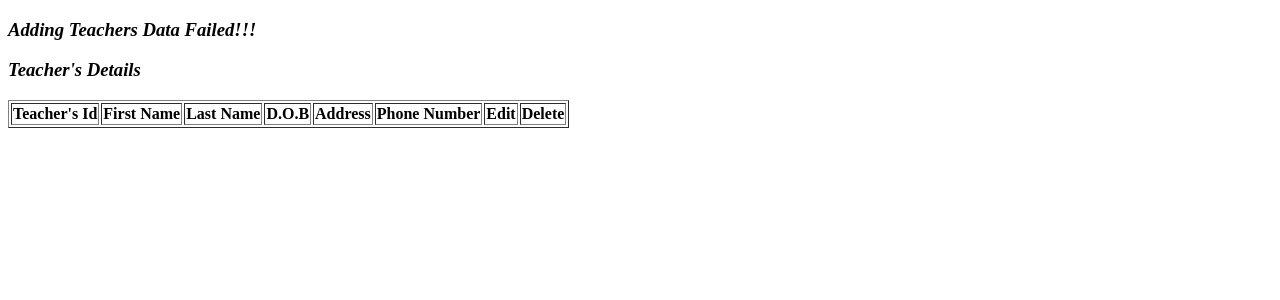
Repository: shubhamsingh331/Learners_Academy
Page: http://localhost/LearnersAcademy/Teachers/AddFailed.jsp
These files come from the project's save history. The page is drawn as it stood at one moment and after the next save; the edit follows.
The browser window is 1280 px wide. The pictures show the whole page.
The page is served by Tomcat 9. Other server files are loaded and not shown. Queries for data that is not in the repository find no rows.

Above is the page before, as saved 2023-10-09 11:26:03.

### LearnersAcademy/src/main/webapp/Teachers/AddFailed.jsp
<%@ page language="java" contentType="text/html; charset=ISO-8859-1"
    pageEncoding="ISO-8859-1"%>
<!DOCTYPE html>
<html>
<head>
<meta charset="ISO-8859-1">
<title>Insert title here</title>
</head>
<body>
<h3><i>Adding Teachers Data Failed!!!</i></h3>
<%@include file="TeacherDisplay.jsp" %>
</body>
</html>

### LearnersAcademy/src/main/webapp/Teachers/TeacherDisplay.jsp
<%@page import="teachers.TeachersDAO"%>
<%@page import="java.util.List"%>
<%@page import="teachers.TeachersPojo"%>
<%@ page language="java" contentType="text/html; charset=ISO-8859-1"
    pageEncoding="ISO-8859-1"%>
<!DOCTYPE html>
<html>
<head>
<meta charset="ISO-8859-1">
<title>Insert title here</title>
</head>
<body>
<h3><i>Teacher's Details</i></h3>
<table border="1">
<tr><th>Teacher's Id</th><th>First Name</th><th>Last Name</th><th>D.O.B</th><th>Address</th><th>Phone Number</th><th>Edit</th><th>Delete</th></tr>
<%
TeachersDAO dao = new TeachersDAO();
List<TeachersPojo> list= dao.display();

for(TeachersPojo t:list){%>
<tr><td><%=t.getId() %></td><td><%=t.getFname() %></td><td><%=t.getLname() %></td><td><%=t.getDob() %></td><td><%=t.getAddress() %></td><td><%=t.getPhono()%></td><td><a href="TeachEdit.jsp?id=<%=t.getId()%>">Edit</a></td><td><a href="TeachDelete.jsp?id=<%=t.getId()%>">Delete</a></td></tr>
<%}%>
</table>
</body>
</html>

### LearnersAcademy/src/main/java/teachers/TeachersDAO.java
package teachers;

import java.sql.Connection;
import java.sql.PreparedStatement;
import java.sql.ResultSet;
import java.sql.SQLException;
import java.util.ArrayList;
import java.util.List;

import DBUtil.DbUtil;

public class TeachersDAO {
	public int insert(TeachersPojo teachers) throws ClassNotFoundException, SQLException {
		Connection con = DbUtil.dbcon();
		String sql = "insert into teachers values(?,?,?,?,?,?)";
		PreparedStatement ps = con.prepareStatement(sql);
		ps.setInt(1, teachers.getId());
		ps.setString(2, teachers.getFname());
		ps.setString(3, teachers.getLname());
		ps.setString(4, teachers.getDob());
		ps.setString(5, teachers.getAddress());
		ps.setLong(6, teachers.getPhono());

		return ps.executeUpdate();
	}

	public int update(TeachersPojo teachers) throws ClassNotFoundException, SQLException {
		Connection con = DbUtil.dbcon();
		String sql = "update teachers set fname=?, lname=?, dob=?, address=?, phono=? where id =?";
		PreparedStatement ps = con.prepareStatement(sql);
		ps.setInt(6, teachers.getId());
		ps.setString(1, teachers.getFname());
		ps.setString(2, teachers.getLname());
		ps.setString(3, teachers.getDob());
		ps.setString(4, teachers.getAddress());
		ps.setLong(5, teachers.getPhono());

		return ps.executeUpdate();
	}

	public int delete(TeachersPojo teachers) throws ClassNotFoundException, SQLException {
		Connection con = DbUtil.dbcon();
		String sql = "delete from teachers where id =?";
		PreparedStatement ps = con.prepareStatement(sql);
		ps.setInt(1, teachers.getId());


		return ps.executeUpdate();
	}

	public List<TeachersPojo> display() throws ClassNotFoundException, SQLException{
		Connection con = DbUtil.dbcon();

		List<TeachersPojo> list = new ArrayList<TeachersPojo>();
		String sql = "select * from teachers";
		PreparedStatement ps = con.prepareStatement(sql);
		ResultSet rs = ps.executeQuery();

		while(rs.next()) {
			TeachersPojo teachers = new TeachersPojo();
			teachers.setId(rs.getInt(1));
			teachers.setFname(rs.getString(2));
			teachers.setLname(rs.getString(3));
			teachers.setDob(rs.getString(4));
			teachers.setAddress(rs.getString(5));
			teachers.setPhono(rs.getLong(6));

			list.add(teachers);
		}
		return list;


	}

}

### LearnersAcademy/src/main/java/DBUtil/DbUtil.java
package DBUtil;

import java.sql.Connection;
import java.sql.DriverManager;
import java.sql.SQLException;

public class DbUtil {
	public static final String DRIVER_CLASS="com.mysql.jdbc.Driver";
	public static final String DB_URL="jdbc:mysql://localhost:3306/StudentManagement";
	public static final String USERNAME = "root";
	public static final String PASSWORD = "123456";
	public static Connection dbcon() throws ClassNotFoundException, SQLException {
		Class.forName(DRIVER_CLASS);

		Connection con = DriverManager.getConnection(DB_URL, USERNAME, PASSWORD);

		return con;

}

}

After the next save:
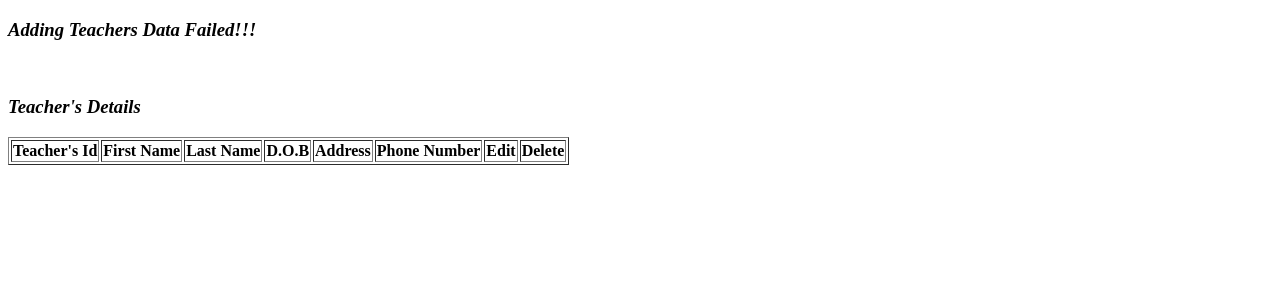
Saved 6 s later.
--- a/LearnersAcademy/src/main/webapp/Teachers/AddFailed.jsp
+++ b/LearnersAcademy/src/main/webapp/Teachers/AddFailed.jsp
@@ -7,7 +7,7 @@
 <title>Insert title here</title>
 </head>
 <body>
-<h3><i>Adding Teachers Data Failed!!!</i></h3>
+<h3><i>Adding Teachers Data Failed!!!</i></h3><br>
 <%@include file="TeacherDisplay.jsp" %>
 </body>
 </html>
